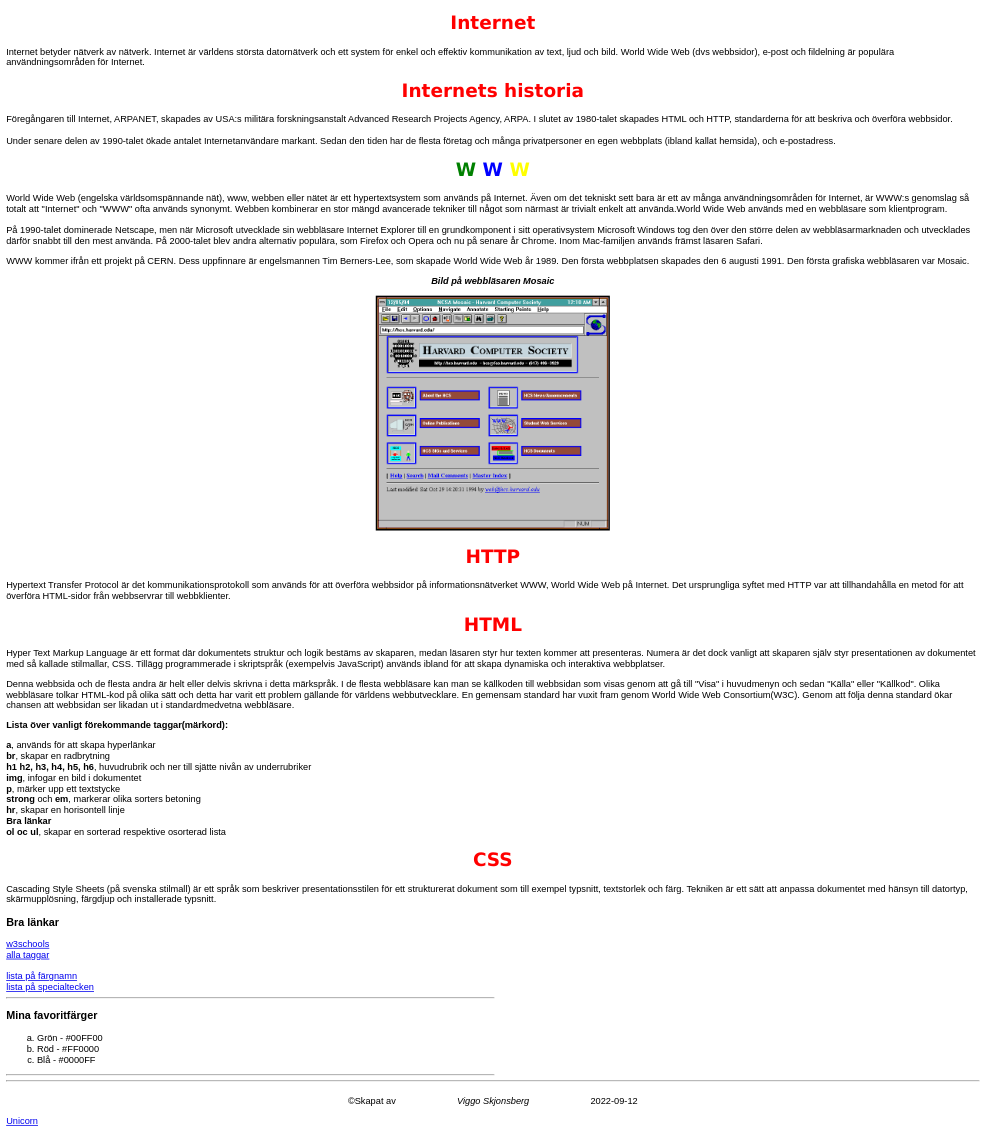
Repository: ViggoSkj/VGY
Page: ovningar/ovning2/ovning2.html
These files come from the project's save history. The page is drawn as it stood at one moment and after the next save; the edit follows.
The browser window is 1280 px wide. The pictures show the whole page, at 77% of full size.

Above is the page before, as saved 2022-11-27 11:31:53.

### ovningar/ovning2/ovning2.html
<!DOCTYPE html>
<html lang="en">
    <head>
        <meta charset="UTF-8">
        <meta http-equiv="X-UA-Compatible" content="IE=edge">
        <meta name="viewport" content="width=device-width, initial-scale=1.0">
        <title>Övning 3</title>


        <link rel="stylesheet" href="public/css/style.css">
    </head>
    <body class="ovning-2">
        <div class="container">
            <h1>Internet</h1>
            <p>Internet betyder nätverk av nätverk. Internet är världens största datornätverk och ett system för enkel och effektiv kommunikation av text, ljud och bild. World Wide Web (dvs webbsidor), e-post och fildelning är populära användningsområden för Internet.</p>

            <h1>Internets historia</h1>
            <p>Föregångaren till Internet, ARPANET, skapades av USA:s militära forskningsanstalt Advanced Research Projects Agency, ARPA. I slutet av 1980-talet skapades HTML och HTTP, standarderna för att beskriva och överföra webbsidor.

                <br/>
                <br/>
                Under senare delen av 1990-talet ökade antalet Internetanvändare markant. Sedan den tiden har de flesta företag och många privatpersoner en egen webbplats (ibland kallat hemsida), och e-postadress.</p>
            <p></p>

            <h1><span class="green">W</span> <span class="blue">W</span> <span class="yellow">W</span></h1>
            <p>World Wide Web (engelska världsomspännande nät), www, webben eller nätet är ett hypertextsystem som används på Internet.
                Även om det tekniskt sett bara är ett av många användningsområden för Internet, är WWW:s genomslag så totalt att "Internet" och "WWW" ofta används synonymt. Webben kombinerar en stor mängd avancerade tekniker till något som närmast är trivialt enkelt att använda.World Wide Web används med en webbläsare som klientprogram.
                <br/>
                <br/>
                På 1990-talet dominerade Netscape, men när Microsoft utvecklade sin webbläsare Internet Explorer till en grundkomponent i sitt operativsystem Microsoft Windows tog den över den större delen av webbläsarmarknaden och utvecklades därför snabbt till den mest använda. På 2000-talet blev andra alternativ populära, som Firefox och Opera och nu på senare år Chrome.
                Inom Mac-familjen används främst läsaren Safari.</p>

            <p>WWW kommer ifrån ett projekt på CERN. Dess uppfinnare är engelsmannen Tim Berners-Lee, som skapade World Wide Web år 1989. Den första webbplatsen skapades den 6 augusti 1991. Den första grafiska webbläsaren var Mosaic.</p>

            <div class="image-div">
                <p><em><strong>Bild på webbläsaren Mosaic</strong></em></p>
                <img src="public/images/browser1.gif" alt="Bild på webbläsaren Mosaic" width="300">
            </div>

            <h1>HTTP</h1>
            <p>Hypertext Transfer Protocol är det kommunikationsprotokoll som används för att överföra webbsidor på
                informationsnätverket WWW, World Wide Web på Internet. Det ursprungliga syftet med HTTP var att tillhandahålla
                en metod för att överföra HTML-sidor från webbservrar till webbklienter.</p>

            <h1>HTML</h1>
            <p>Hyper Text Markup Language är ett format där dokumentets struktur och logik bestäms av skaparen, medan läsaren styr hur texten kommer att presenteras. Numera är det dock vanligt att skaparen själv styr presentationen av dokumentet med så kallade stilmallar, CSS. Tillägg programmerade i skriptspråk (exempelvis JavaScript) används ibland för att skapa dynamiska och interaktiva webbplatser.</p>
            Denna webbsida och de flesta andra är helt eller delvis skrivna i detta märkspråk. I de flesta webbläsare kan man se källkoden till webbsidan som visas genom att gå till "Visa" i huvudmenyn och sedan "Källa" eller "Källkod". Olika webbläsare tolkar HTML-kod på olika sätt och detta har varit ett problem gällande för världens webbutvecklare. En gemensam standard har vuxit fram genom World Wide Web Consortium(W3C). Genom att följa denna standard ökar chansen att webbsidan ser likadan ut i standardmedvetna webbläsare.</p>
            <p><strong>Lista över vanligt förekommande taggar(märkord):</strong></p>
            <strong>a</strong>, används för att skapa hyperlänkar<br/>
            <strong>br</strong>, skapar en radbrytning<br/>
            <strong>h1 h2, h3, h4, h5, h6</strong>, huvudrubrik och ner till sjätte nivån av underrubriker<br/>
            <strong>img</strong>, infogar en bild i dokumentet<br/>
            <strong>p</strong>, märker upp ett textstycke<br/>
            <strong>strong</strong> och <strong>em</strong>, markerar olika sorters betoning<br/>
            <strong>hr</strong>, skapar en horisontell linje<br/>
            <strong>Bra länkar</strong><br/>
            <strong>ol oc ul</strong>, skapar en sorterad respektive osorterad lista</p>

            <h1>CSS</h1>
            <p>
                Cascading Style Sheets (på svenska stilmall) är ett språk som beskriver presentationsstilen för ett
                strukturerat dokument som till exempel typsnitt, textstorlek och färg. Tekniken är ett sätt att anpassa
                dokumentet med hänsyn till datortyp, skärmupplösning, färgdjup och installerade typsnitt.
            </p>


            <h3>Bra länkar</h3>
            <a href="http://www.w3schools.com/" target="_blank">w3schools </a>
            <br/>
            <a href="http://www.w3schools.com/tags/default.asp" target="_blank">alla taggar</a>
            <br>
            <br>
            <a href="http://www.w3schools.com/tags/ref_colornames.asp" target="_blank">lista på färgnamn</a>
            <br>
            <a href="http://www.w3schools.com/html/html_entities.asp" target="_blank">lista på specialtecken</a>

            <hr class="s"/>

            <h3>Mina favoritfärger</h3>
            <ol>
                <li>Grön - #00FF00 </li>
                <li>Röd - #FF0000</li>
                <li>Blå - #0000FF</li>
            </ol>

            <hr class="s"/>
            <hr/>

            <div class="bottom">
                <p class="right">&#169Skapat av</p>
                <p class="center"><em> Viggo Skjonsberg</em></p>
                <p class="left">2022-09-12</p>
            </div>
        </div>

        <div id="myfooter">
            <a href="https://validator.w3.org/unicorn/check?ucn_uri=labb.vgy.se/~viggosg/ovningar/ovning2.html&ucn_task=conformance">Unicorn</a>
         </div>
    </body>
</html>

### ovningar/ovning2/public/css/style.css
body.ovning-2
{
    font-size: 12px;
    font-family: Arial, Helvetica, sans-serif;
}

body.ovning-2 h1
{
    font-family: Verdana, Geneva, Tahoma, sans-serif;
    text-align: center;
    color: red;
}

body.ovning-2 .image-div
{
    text-align: center;
    align-items: center;
}

body.ovning-2 img
{
    border-width: 2px;
    border-style: solid;
    color: black;
}

body.ovning-2 .bottom
{
    display: grid;
    grid-template-columns: auto 20%  auto;
}

body.ovning-2 .s
{
    margin-right: 100%;
    width: 50%;
}

body.ovning-2 .left
{
    text-align: left;
}
body.ovning-2 .right
{
    text-align: right;
}
body.ovning-2 .center
{
    text-align: center;
}
body.ovning-2 ol
{
    list-style-type:lower-latin;
}
body.ovning-2 .yellow
{
    color: yellow;
}
body.ovning-2 .green
{
    color: green;
}
body.ovning-2 .blue
{
    color: blue;
}

After the next save:
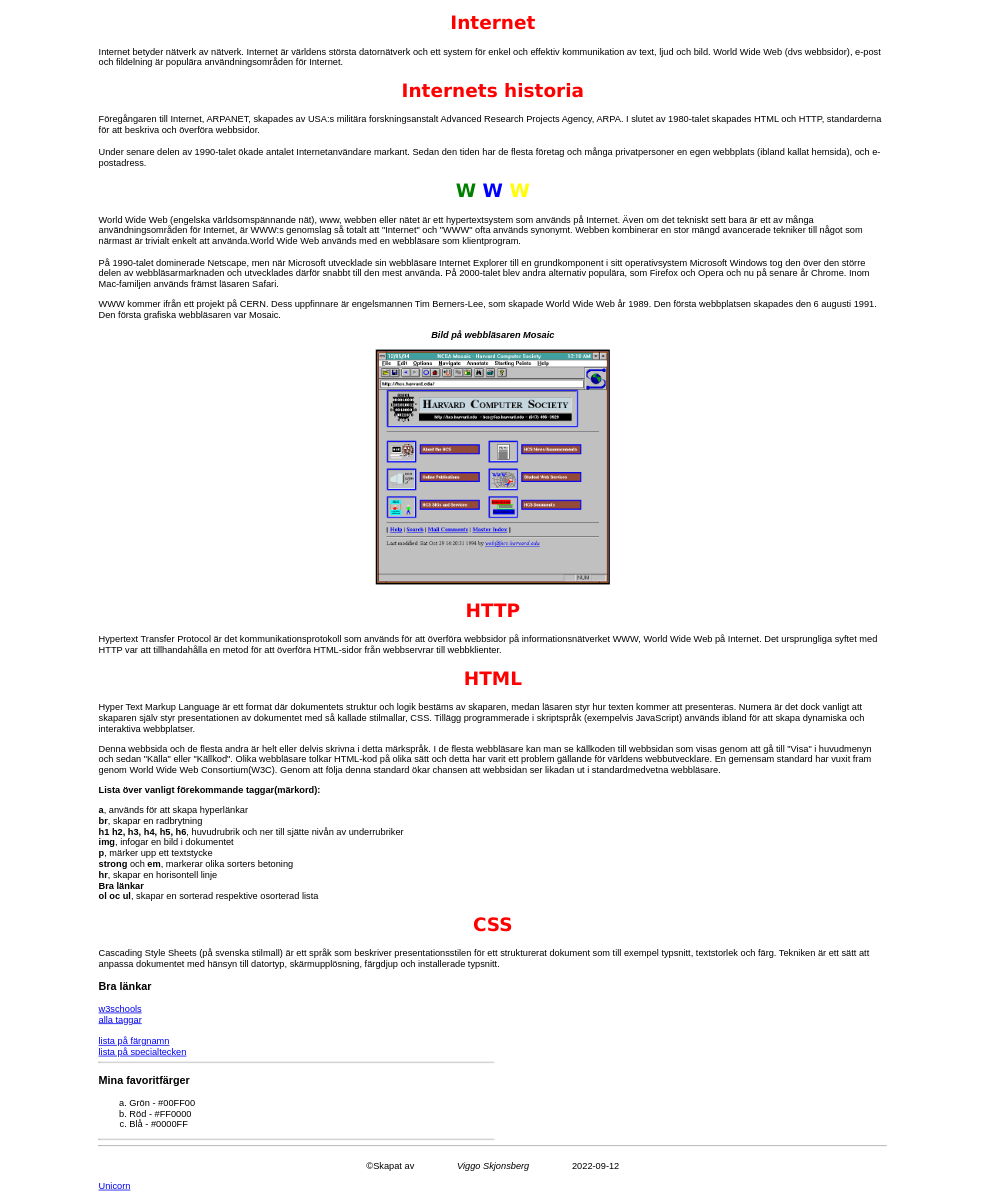
Saved 26 s later.
--- a/ovningar/ovning2/public/css/style.css
+++ b/ovningar/ovning2/public/css/style.css
@@ -1,5 +1,7 @@
 body.ovning-2
 {
+    width: 80%;
+    margin: auto;
     font-size: 12px;
     font-family: Arial, Helvetica, sans-serif;
 }
